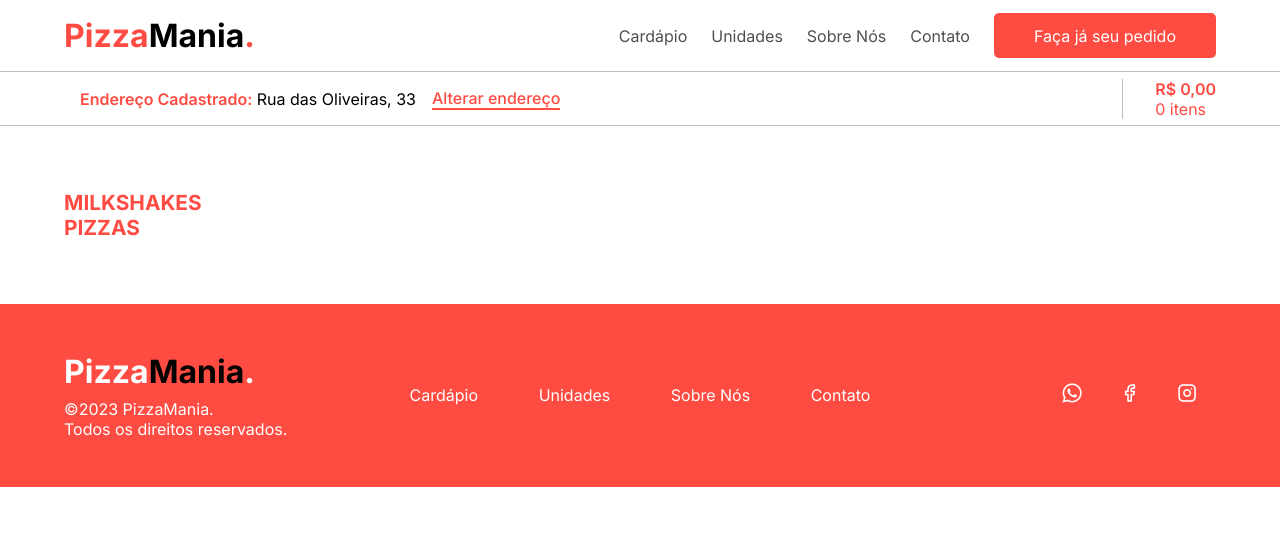
Repository: lucas-albuq/PizzaMania
Page: assets/pages/cardapio.html
These files come from the project's save history. The page is drawn as it stood at one moment and after a run of saves; the edit follows.
The browser window is 1280 px wide. The pictures show the whole page.
Some icons come from a web library that is not loaded, so they are not drawn. Some web libraries are served in a nearby version.

Above is the page before, as saved 2024-01-04 20:47:34.

### assets/pages/cardapio.html
<!DOCTYPE html>
<html lang="en">
<head>
    <meta charset="UTF-8">
    <meta name="viewport" content="width=device-width, initial-scale=1.0">
    <title>PizzaMania. - Cardápio</title>
    <link rel='stylesheet' href='https://cdn-uicons.flaticon.com/2.0.0/uicons-regular-rounded/css/uicons-regular-rounded.css'>
    <link rel="stylesheet" href="/assets/fonts/style.css">
    <link rel="stylesheet" href="/assets/css/pizzamania.css">
</head>
<body>
    <div id="header"></div>
    <main>
        <div class="categorias-cardapio">
            <div class="milkshakes">
                <h2>Milkshakes</h2>
            </div>
            <div class="pizzas-salgadas">
                <h2>Pizzas <br>
                </h2>
            </div>
            <div class="sobremesas">
                <h2></h2>
            </div>
            <div class="pizzas-doces">
                <h2></h2>
            </div>
            <div class="bebidas">
                <h2></h2>
            </div>
        </div>
    </main>
    <div id="footer"></div>
    <script src="https://ajax.googleapis.com/ajax/libs/jquery/3.1.0/jquery.min.js"></script>
    <script src="../../main.js"></script>
</body>
</html>

### assets/fonts/style.css
@font-face {
  font-family: 'icomoon';
  src:  url('fonts/icomoon.eot?r532as');
  src:  url('fonts/icomoon.eot?r532as#iefix') format('embedded-opentype'),
    url('fonts/icomoon.ttf?r532as') format('truetype'),
    url('fonts/icomoon.woff?r532as') format('woff'),
    url('fonts/icomoon.svg?r532as#icomoon') format('svg');
  font-weight: normal;
  font-style: normal;
  font-display: block;
}

[class^="icon-"], [class*=" icon-"] {
  /* use !important to prevent issues with browser extensions that change fonts */
  font-family: 'icomoon' !important;
  speak: never;
  font-style: normal;
  font-weight: normal;
  font-variant: normal;
  text-transform: none;
  line-height: 1;

  /* Better Font Rendering =========== */
  -webkit-font-smoothing: antialiased;
  -moz-osx-font-smoothing: grayscale;
}

.icon-delivery:before {
  content: "\e909";
}
.icon-pizza:before {
  content: "\e90a";
}
.icon-fatia:before {
  content: "\e90b";
}
.icon-whatsapp:before {
  content: "\e900";
}
.icon-brand:before {
  content: "\e900";
}
.icon-social:before {
  content: "\e900";
}
.icon-facebook:before {
  content: "\e902";
}
.icon-instagram:before {
  content: "\e903";
}
.icon-mail:before {
  content: "\e904";
}
.icon-map-pin:before {
  content: "\e905";
}
.icon-menu:before {
  content: "\e901";
}
.icon-phone:before {
  content: "\e906";
}
.icon-x:before {
  content: "\e907";
}
.icon-youtube:before {
  content: "\e908";
}

### assets/css/pizzamania.css
@import url('https://fonts.googleapis.com/css2?family=Inter:wght@100;200;300;400;500;600;700;800;900&display=swap');

:root {
  --base-hue: 3;
  --primary-color: hsl(var(--base-hue), 100%, 63%);
  --secondary-color: hsl(var(--base-hue), 0%, 0%);
  --text-color: hsl(var(--base-hue), 0%, 31%);
  --text-hover-color: hsl(var(--base-hue), 0%, 51%);
  --background-color: hsl(var(--base-hue), 0%, 100%);
  --button-background: hsl(var(--base-hue), 100%, 63%);
  --button-hover-background: hsl(var(--base-hue), 67%, 47%);
  --divider-color: hsl(var(--base-hue), 0%, 75%);
  --shadow-color:rgba(0, 0, 0, 0.25);
  --box-shadow: 0px 2px 8px 0px rgba(0, 0, 0, 0.25);
}

* {
  padding: 0;
  margin: 0;
  scroll-behavior: smooth;
  font-family: 'Inter', sans-serif;
  box-sizing: border-box;
}

header {
  display: flex;
  flex-direction: column;
  align-items: center;
}

main{
  max-width: 80em;
  width: 90%;
  margin: 4em auto;
  display: flex;
  flex-direction: column;
  gap: 4em;
}

section{
  display: flex;
  flex-direction: column;
  gap: 2em;
}

h2{
  font-size: 1.3em;
  color: var(--primary-color);
  text-transform: uppercase;
}

h3{
  font-size: 1.2em;
}

.header1, .header2 {
  display: flex;
  max-width: 80em;
  width: 90%;
  justify-content: space-between;
  align-items: center;
}

.header1 {
  padding: .8em 0;
}

.header2 {
  padding: .4em 0;
}

.header1 h1 a {
  color: var(--primary-color);
  font-size: 2rem;
}

.header1 h1 span {
  color: var(--secondary-color);
}

.header1_menus {
  display: flex;
  gap: 1.5em;
}

.header1 nav {
  display: flex;
  align-items: center;
}

.header1 ul {
  display: flex;
  list-style-type: none;
  align-items: center;
  justify-content: center;
  gap: 1.5em;
  align-items: center;
}

.header1 a {
  text-decoration: none;
  color: var(--text-color);
  font-size: 1rem;
  transition: color .2s;
}

.header1 nav a:hover {
  color: var(--text-hover-color);
}

.header1 button {
  padding: .8em 2.5em;
  border-radius: 5px;
  line-height: initial;
  align-self: center;
  background-color: var(--button-background);
  border: none;
  color: #FFF;
  font-size: 1rem;
  cursor: pointer;
  transition: background .2s;
}

.header1 button:hover {
  background-color: var(--button-hover-background);
}

.divider {
  border-bottom: 1px solid var(--divider-color);
  width: 100%;
}

.header2 .endereco, .header2 .carrinho {
  display: flex;
  gap: 1em;
  align-items: center;
}

.header2 .carrinho {
  border-left: 1px solid var(--divider-color);
  padding-left: 1em;
  cursor: pointer;
}

.header2 .fi, .header2 span, .carrinho p {
  color: var(--primary-color);
  transition: color .2s;
}

.header2 .endereco button {
  background: none;
  border: none;
  font-size: 1rem;
  color: var(--primary-color);
  font-weight: 500;
  border-bottom: 2px solid var(--primary-color);
  cursor: pointer;
  transition: color .2s;
}

.header2 .endereco button:hover {
  color: var(--button-hover-background);
  border-color: var(--button-hover-background);
}

.header2 .carrinho:hover .valor p, .carrinho:hover .fi {
  color: var(--button-hover-background);
}

.header2 span, .carrinho p:first-child {
  font-weight: 600;
}

footer{
  background-color: var(--primary-color);
}
footer .footer{
  display: flex;
  max-width: 80em;
  width: 90%;
  margin: 0 auto;
  justify-content: space-between;
  align-items: center;
  padding: 3em 0;
}
.footer .footer-menu{
  width: 40%;
}
.footer .footer-menu ul{
  display: flex;
  list-style-type: none;
  justify-content: space-between;
}
.footer .footer-menu a{
  color: var(--background-color);
  text-decoration: none;
  transition: color .2s
}
.footer-menu a:hover{
  color: var(--divider-color)
}
.footer-logo-copy, .footer-social-medias{
  width: 20%;
}
.footer-social-medias{
  display: flex;
  justify-content: end;
  align-items: center;
}
.footer-social-medias a{
  text-decoration: none;
}
.footer-social-medias div {
  color: var(--background-color);
  font-size: 1.2rem;
  padding: 1em;
  transition: all .5s ease;
}

.footer-social-medias div:hover {
  transform: translateY(-5px);
}
.footer-social-medias div::after{
  content: "";
  display: block;
  width: 0;
  height: 3px;
  margin-top: 3px;
  border-radius: 5px;
  background: var(--background-color);
  transition: all .2s ease;
}
.footer-social-medias div:hover::after{
  width: 100%;
}
.footer-logo-copy{
  display: flex;
  flex-direction: column;
  gap: .5em;
  color: var(--background-color)
}
.footer-logo-copy a{
  color: var(--background-color);
  text-decoration: none;
}
.footer-logo-copy a span{
  color: var(--secondary-color);
}
.servicos > div{
  display: flex;
  justify-content: space-between;
}
.servicos > div > div{
  box-shadow: var(--box-shadow);
  display: flex;
  flex-direction: column;
  align-items: center;
  justify-content: center;
  padding: 2.5em;
  width: 30%;
  gap: 1.5em;
  border-radius: 20px;
  border-bottom: var(--primary-color) solid 8px;
}

.servicos img{
  height: 3.5em;
}

.servicos p{
  text-align: center;
}

.carrossel .swiper {
  width: 100%;
  aspect-ratio: 16/6;
  border-radius: 20px;
}
.carrossel .swiper img{
  width: 100%;
  aspect-ratio: 16/6;
  filter: brightness(75%);
}
.swiper-pagination-bullet{
  padding: 3px;
}
.swiper-pagination-bullet-active{
  background: var(--primary-color);
}
.swiper-button-next, .swiper-button-prev{
  color: #FFF
}
.promocoes .swiper-slide, .assessments .swiper-slide{
  padding: 1em .2em;
}
.promocoes .card{
  display: flex;
  flex-direction: column;
  padding: 2em;
  gap: 2em;
  box-shadow: var(--box-shadow);
  border-radius: 20px;
}
.promocoes .card-top, .promocoes .card-bottom{
  display: flex;
  justify-content: space-between;
}
.promocoes .card-top-text{
  width: 65%;
  display: flex;
  flex-direction: column;
  gap: 1em;
}
.promocoes .card-top-image{
  width: 35%;
}
.promocoes .card-top-image img{
  width: 100%;
}
.promocoes .card-bottom p span{
  font-weight: bold;
  font-size: 1.2em;
}
.promocoes .card-bottom button{
  border: none;
  background: var(--button-background);
  padding: 0 3em;
  border-radius: 5px;
  color: #FFF;
  font-size: 1rem;
  cursor: pointer;
  transition: background .2s;
}
.promocoes .card-bottom button:hover{
  background: var(--button-hover-background);
}
.swiper-container{
  overflow: hidden;
}
/*Novamente reutilizando código antigo meu (é meu msm)*/
.assessments .assessments__container .swiper-wrapper{
  display: flex;
  flex-wrap: nowrap;
}
.assessments .assessments__container .assessments__assessment blockquote{
  padding: 2em;
  box-shadow: var(--box-shadow);
  border-radius: 20px;
  height: auto;
  width: 100%;
}
.assessments .assessments__container .assessments__assessment p{
  position: relative;
  text-indent: 1.875rem;
  margin-bottom: 1.5rem;
  color: var(--title-color);
}
.assessments .assessments__container .assessments__assessment p span{
  font-size: 4rem;
  font-family: serif;
  font-weight: 700;
  position: absolute;
  color: var(--primary-color);
  top: -1.375rem;
  left: -2.300rem;
}
.assessments .assessments__container .assessments__assessment cite {
  display: flex;
  align-items: center;
  font-style: normal;
  text-transform: capitalize;
}
.assessments .assessments__container .assessments__assessment cite img{
  height: 2rem;
  width: 2rem;
  object-fit: cover;
  clip-path: circle();
  margin-right: 0.5rem;
}

### main.js
document.addEventListener('DOMContentLoaded', function() {
    const header = document.getElementById('header');
    const footer = document.getElementById('footer');

    fetch('/assets/html/header.html')
        .then(response => response.text())
        .then(data => {
            header.innerHTML = data;

            const fazerPedido = document.querySelector(".header1_menus button");
            fazerPedido.addEventListener("click", () => window.open('./assets/pages/cardapio.html', '_self'));
        });

    fetch('/assets/html/footer.html')
        .then(response => response.text())
        .then(data => {
            footer.innerHTML = data;
        });
});

### assets/html/header.html
<header>
        <div class="header1">
            <h1><a href="/index.html">Pizza<span>Mania</span>.</a></h1>
            <div class="header1_menus">
                <nav>
                    <ul>
                        <li><a href="#">Cardápio</a></li>
                        <li><a href="#">Unidades</a></li>
                        <li><a href="#">Sobre Nós</a></li>
                        <li><a href="#">Contato</a></li>
                    </ul>
                </nav>
                <button>
                    Faça já seu pedido
                </button>
            </div>
        </div>
        <div class="divider"></div>
        <div class="header2">
            <div class="endereco">
                <i class="fi fi-rr-home"></i>
                <p><span>Endereço Cadastrado:</span> Rua das Oliveiras, 33</p>
                <button>Alterar endereço</button>
            </div>
            <div class="carrinho">
                <i class="fi fi-rr-shopping-cart"></i>
                <div class="valor">
                    <p>R$ 0,00</p>
                    <p>0 itens</p>
                </div>
            </div>
        </div>
        <div class="divider"></div>
    </header>

### assets/html/footer.html
<footer>
    <div class="footer">
        <div class="footer-logo-copy">
            <h1><a href="/index.html">Pizza<span>Mania</span>.</a></h1>
            <p>
                ©2023 PizzaMania. <br>
                Todos os direitos reservados.
            </p>
        </div>
        <nav class="footer-menu">
            <ul>
                <li><a href="">Cardápio</a></li>
                <li><a href="">Unidades</a></li>
                <li><a href="">Sobre Nós</a></li>
                <li><a href="">Contato</a></li>
            </ul>
        </nav>
        <div class="footer-social-medias">
            <a href="#">
                <div class="icon-whatsapp"></div>
            </a>
            <a href="#">
                <div class="icon-facebook"></div>
            </a>
            <a href="#">
                <div class="icon-instagram"></div>
            </a>
        </div>
    </div>
</footer>

After the next 3 saves:
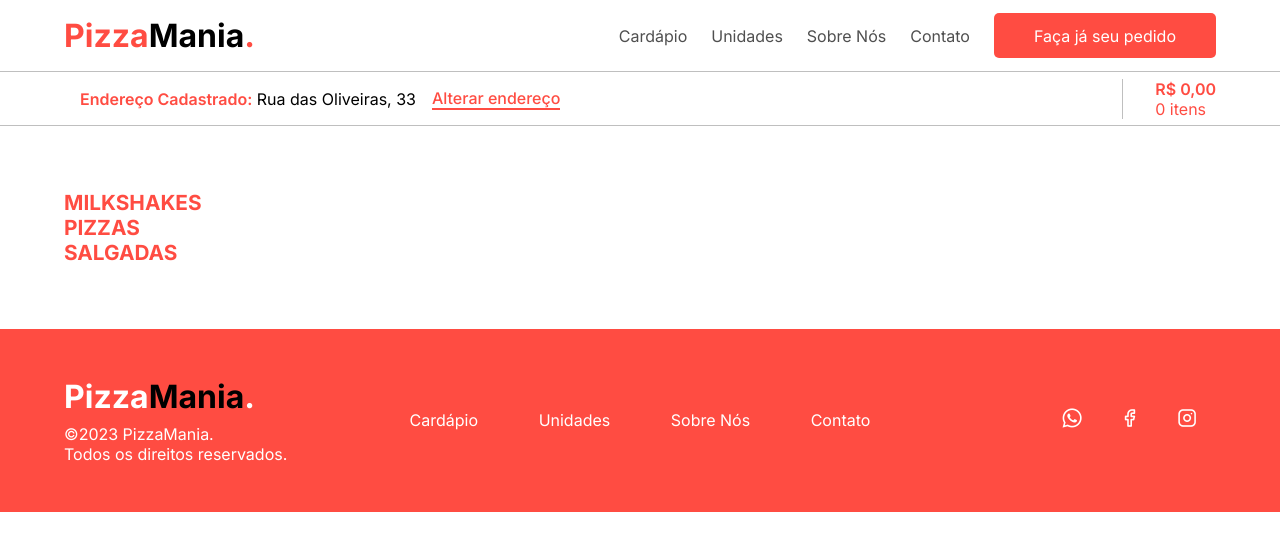
The 3 saves are shown as one change because they came seconds apart.
The last was saved 10 s later.
--- a/assets/pages/cardapio.html
+++ b/assets/pages/cardapio.html
@@ -16,8 +16,7 @@
                 <h2>Milkshakes</h2>
             </div>
             <div class="pizzas-salgadas">
-                <h2>Pizzas <br>
-                </h2>
+                <h2>Pizzas <br>Salgadas</h2>
             </div>
             <div class="sobremesas">
                 <h2></h2>
